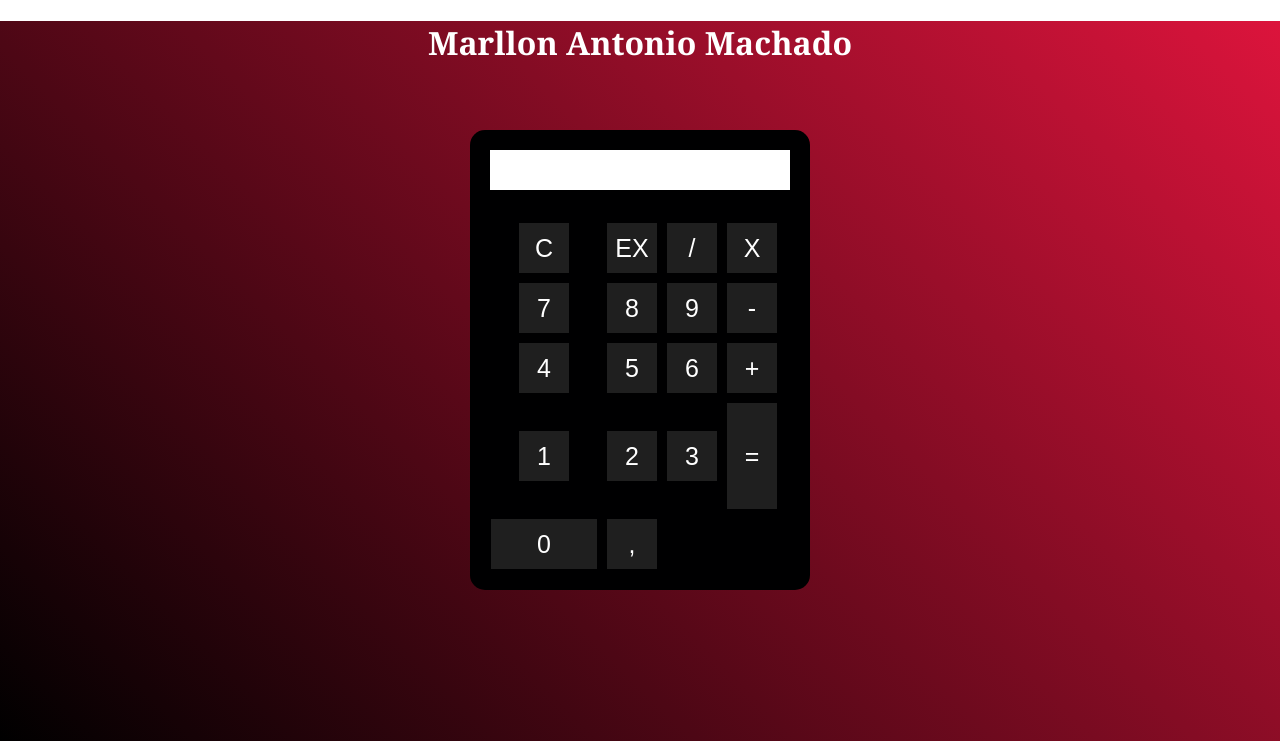
Repository: marllon-hetzler/calculadora.js
Page: interface.html
The author's editor kept a copy of each file at every save. The page is drawn from the files as they stood at one save, then again after the next save.
The browser window is 1280 px wide. The pictures show the whole page.

Above is the page before, as saved 2022-11-04 19:58:02.

### interface.html
<!DOCTYPE html>
<html lang="en">
<head>
    <meta charset="UTF-8">
    <meta http-equiv="X-UA-Compatible" content="IE=edge">
    <meta name="viewport" content="width=, initial-scale=1.0">
    <title>Document</title>
</head>

    <style>
        body{
            margin: 0;
            padding: 0;
        }
        .fundo{
            background-image:linear-gradient(45deg,black,crimson);
            height:100vh;
            color: #fff;
            font-family: Georgia, 'Times New Roman', Times, serif;
            font-weight: bold;
            text-align: center;

        }
        .calculadora{
            position:absolute;
            background-color: rgba(0,0,0.8);
            top:50%;
            left: 50%;
            transform:translate(-50%,-50%) ;
            border-radius: 15px;
            padding: 15px;


        }
        .botao{
            width: 50px;
            height: 50px;
            font-size: 25px;
            cursor:pointer;
            background-color: rgb(31,31,31) ;
            border: none;
            color:#fff;
            margin: 3px;

            }
        .botao:hover{
            background-color: darkgray;
        }
        #resultado{
            background-color: white;
            width: 290px;
            height: 30px;
            margin: 5px;
            font-size: 25px;
            color: black;
            text-align: right;
            padding: 5px;
        }

    </style>
<body>


<div class="fundo">

    <h1>Marllon Antonio Machado</h1>
    <div class="calculadora">
        <p id="resultado"></p>
        <table>
            <tr>
                <td><button class ="botao" onclick="clean()">C</button></td>
                <td><button class ="botao" onclick="back()">EX</button></td>
                <td><button class ="botao" onclick="insert('/')">/</button></td>
                <td><button class ="botao" onclick="insert('*')">X</button></td>
            </tr><br/>
            <tr>
                <td><button class ="botao" onclick="insert('7')">7</button></td>
                <td><button class ="botao" onclick="insert('8')">8</button></td>
                <td><button class ="botao" onclick="insert('9')">9</button></td>
                <td><button class ="botao" onclick="insert('-')">-</button></td>
            </tr>
            <tr>
                <td><button class ="botao" onclick="insert('4')">4</button></td>
                <td><button class ="botao" onclick="insert('5')">5</button></td>
                <td><button class ="botao" onclick="insert('6')">6</button></td>
                <td><button class ="botao" onclick="insert('+')">+</button></td>
            </tr>
            <tr>
                <td><button class ="botao" onclick="insert('1')">1</button></td>
                <td><button class ="botao" onclick="insert('2')">2</button></td>
                <td><button class ="botao" onclick="insert('3')">3</button></td>
                <td><button class ="botao" style="height:106px;" onclick="calcular()">=</button></td>
            </tr>
            <tr>
                <td><button class ="botao" style="width:106px ;" onclick="insert('0')">0</button></td>
                <td><button class ="botao" onclick="insert(',')">,</button></td>
            </tr>
        </table>
    </div>
    </div>
    <script>
        function insert(num)
        {
            var numero = document.getElementById('resultado').innerHTML;
            document.getElementById('resultado').innerHTML = numero + num;
        }
        function clean()
        {
            document.getElementById('resultado').innerHTML = "";
        }
        function back()
        {
            var resultado = document.getElementById('resultado').innerHTML;
            document.getElementById('resultado').innerHTML = resultado.substring(0, resultado.length -1);
        }
        function calcular()
        {
            var resultado = document.getElementById('resultado').innerHTML;
            if(resultado)
            {
                document.getElementById('resultado').innerHTML = eval(resultado);
            }
            else
            {
                document.getElementById('resultado').innerHTML = "Nada..."
            }
        }
    </script>
</body>
</html>

After the next save:
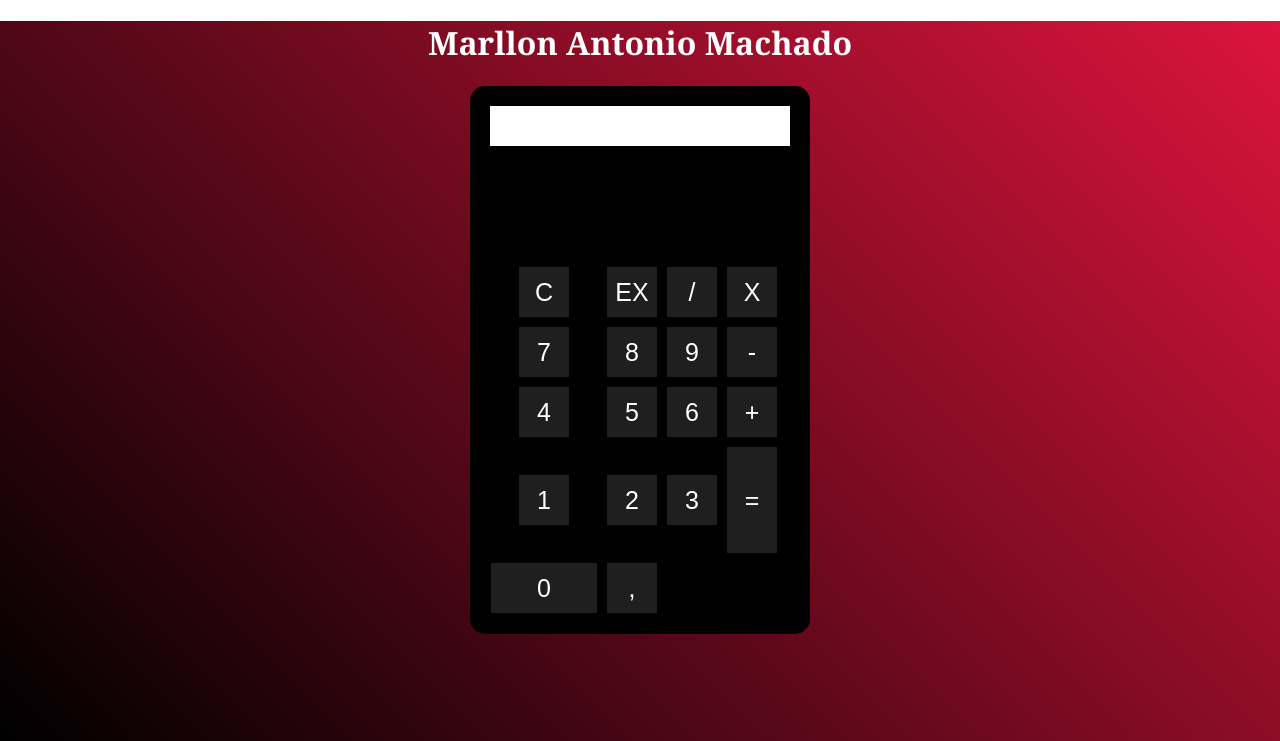
Saved 23 s later.
--- a/interface.html
+++ b/interface.html
@@ -78,23 +78,23 @@
                 <td><button class ="botao" onclick="insert('8')">8</button></td>
                 <td><button class ="botao" onclick="insert('9')">9</button></td>
                 <td><button class ="botao" onclick="insert('-')">-</button></td>
-            </tr>
+            </tr><br/>
             <tr>
                 <td><button class ="botao" onclick="insert('4')">4</button></td>
                 <td><button class ="botao" onclick="insert('5')">5</button></td>
                 <td><button class ="botao" onclick="insert('6')">6</button></td>
                 <td><button class ="botao" onclick="insert('+')">+</button></td>
-            </tr>
+            </tr><br/>
             <tr>
                 <td><button class ="botao" onclick="insert('1')">1</button></td>
                 <td><button class ="botao" onclick="insert('2')">2</button></td>
                 <td><button class ="botao" onclick="insert('3')">3</button></td>
                 <td><button class ="botao" style="height:106px;" onclick="calcular()">=</button></td>
-            </tr>
+            </tr><br/>
             <tr>
                 <td><button class ="botao" style="width:106px ;" onclick="insert('0')">0</button></td>
                 <td><button class ="botao" onclick="insert(',')">,</button></td>
-            </tr>
+            </tr><br/>
         </table>
     </div>
     </div>
